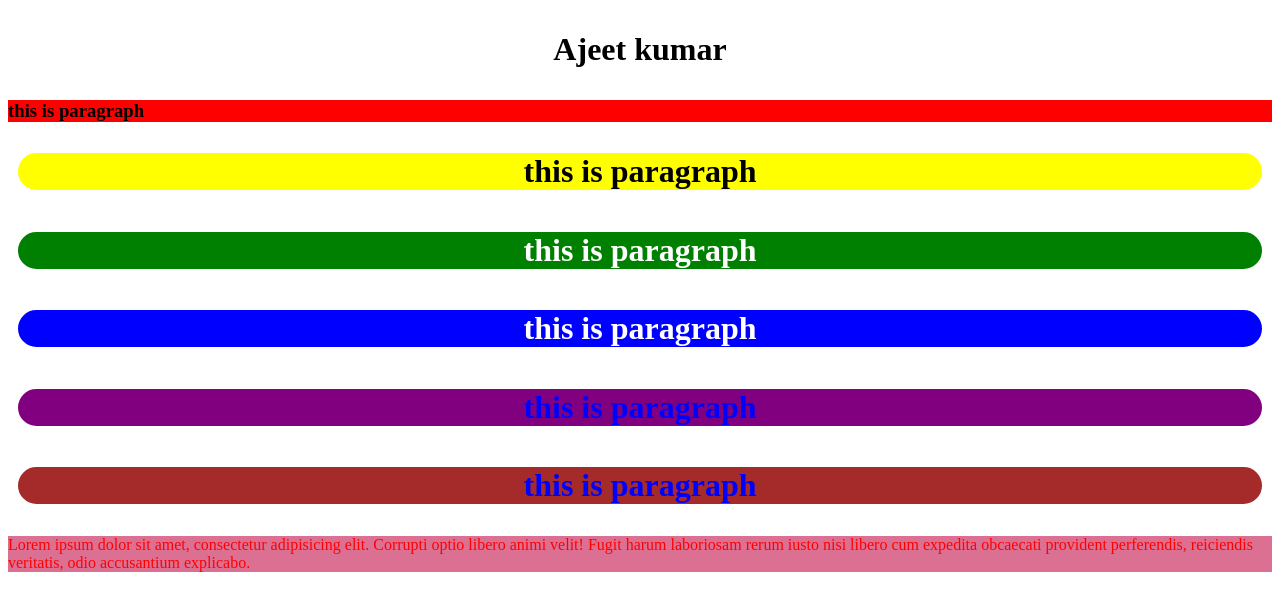
Repository: 1ShivamPandey/shivamajeetcodes
Page: index.html
The author's editor kept a copy of each file at every save. The page is drawn from the files as they stood at one save, then again after the next save.
The browser window is 1280 px wide. The pictures show the whole page.

Above is the page before, as saved 2020-09-16 22:08:31.

### index.html
<!DOCTYPE html>
<html lang="en">
  <head>
    <meta charset="UTF-8" />
    <meta name="viewport" content="width=device-width, initial-scale=1.0" />
    <title>Document</title>
  </head>

  <body>
    <h1><b >Ajeet kumar</b></h1>
    <h3 class="text-black" id="background-red">this is paragraph</h1>
    <h1 class="text-black" id="background-yellow">this is paragraph</h1>
    <h1 class="text-white" id="background-green">this is paragraph</h1>
    <h1 class="text-white" id="background-blue">this is paragraph</h1>
    <h1 class="text-blue" id="background-purple">this is paragraph</h1>
    <h1 class="text-blue" id="background-brown">this is paragraph</h1>
    <p>Lorem ipsum dolor sit amet, consectetur adipisicing elit. Corrupti
       optio libero animi velit! Fugit harum laboriosam rerum iusto nisi libero
       cum expedita obcaecati provident perferendis, reiciendis veritatis,
       odio accusantium explicabo.</p>
  </body>

  <style>
    p{
      background-color: palevioletred;
      color: red;
    }
    h1 {
      border: 10px solid white;
      text-align: center;
      border-radius: 100px;
    }

    #background-red {
      background-color: red;
    }
    #background-yellow {
      background-color: yellow;
    }
    #background-green {
      background-color: green;
    }
    #background-blue {
      background-color: blue;
    }
    #background-purple {
      background-color: purple;
    }
    #background-brown {
      background-color: brown;
    }

    .text-black {
      color: black;
    }
    .text-white {
      color: white;
    }
    .text-blue {
      color: blue;
    }
  </style>
</html>

After the next save:
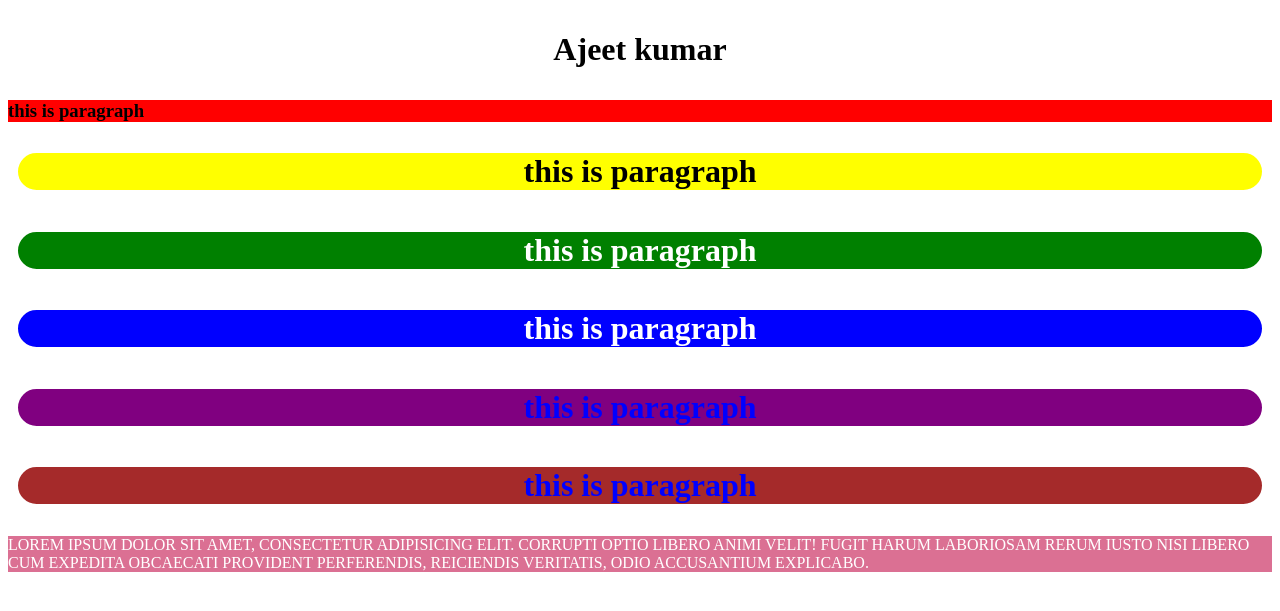
Saved 33 s later.
--- a/index.html
+++ b/index.html
@@ -23,7 +23,8 @@
   <style>
     p{
       background-color: palevioletred;
-      color: red;
+      color:white;
+      text-transform: uppercase;
     }
     h1 {
       border: 10px solid white;
